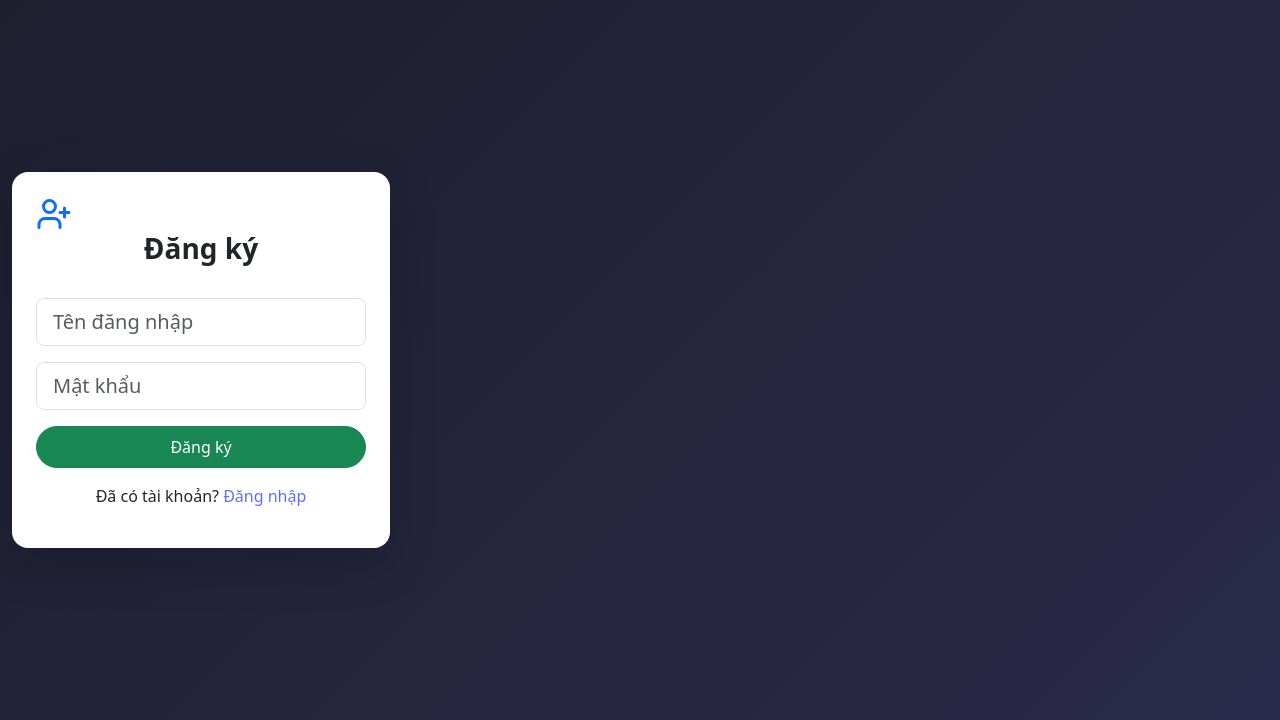
Repository: Thangvh29/WEB-tmdt
Page: /register (app in frontend/)
An editor plug-in stored every save of this project. The page is shown before and after the next save, followed by the edit.
The browser window is 1280 px wide. The pictures show the whole page.
Some web libraries are served in a nearby version. The project was rebuilt for these pictures with package versions that can differ from the ones it lists, and the page was loaded fresh each time. Also part of the build but not shown: frontend/vite.config.js, frontend/src/pages/auth/Home.jsx, frontend/src/pages/auth/Login.jsx.

Above is the page before, as saved 2025-08-23 20:05:33.

After the next save:
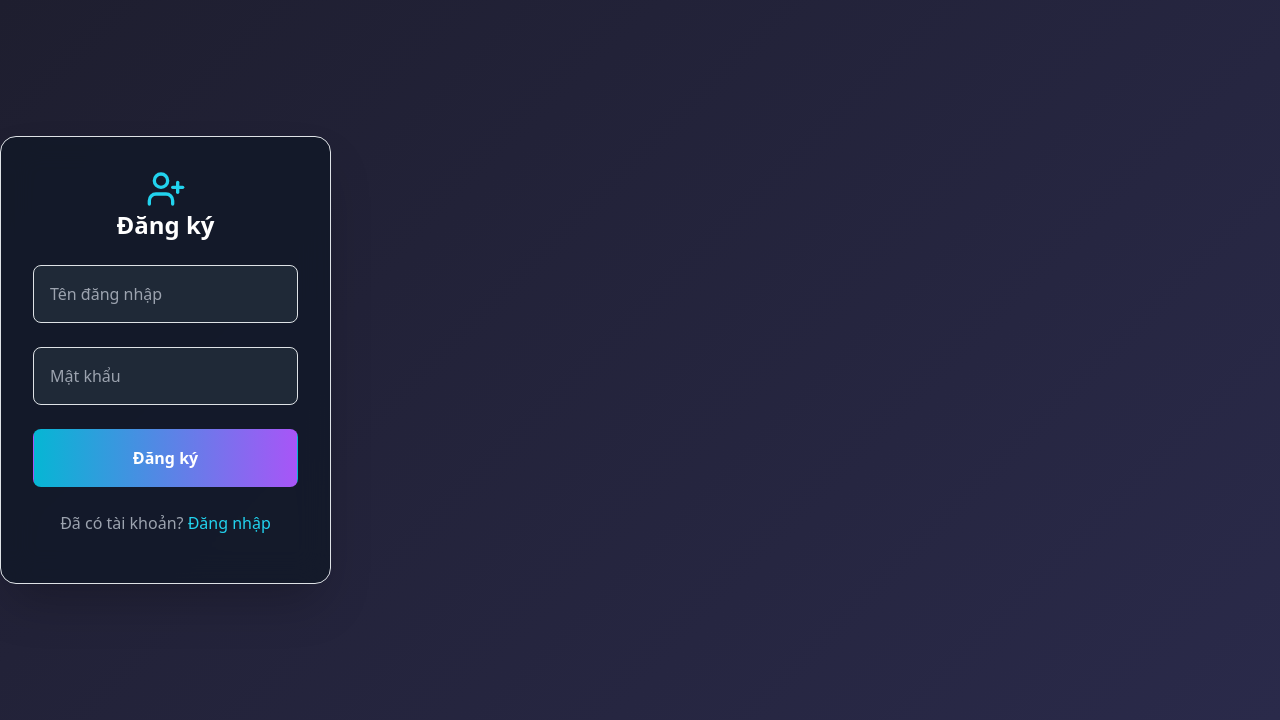
Saved 20 s later.
--- a/frontend/src/pages/auth/Register.jsx
+++ b/frontend/src/pages/auth/Register.jsx
@@ -2,6 +2,7 @@
 import { useNavigate, Link } from "react-router-dom";
 import { useAuth } from "../../context/useAuth";
 import { UserPlus } from "lucide-react";
+import { motion } from "framer-motion";
 
 const Register = () => {
   const { login } = useAuth();
@@ -15,41 +16,51 @@
   };
 
   return (
-    <div className="container py-5">
-      <div className="card shadow-lg p-4 mx-auto border-0 rounded-4" style={{ maxWidth: "420px" }}>
-        <div className="text-center mb-4">
-          <UserPlus size={36} className="text-primary" />
-          <h3 className="fw-bold">Đăng ký</h3>
+    <div className="min-h-screen flex items-center justify-center py-10">
+      <motion.div
+        initial={{ opacity: 0, y: 20 }}
+        animate={{ opacity: 1, y: 0 }}
+        transition={{ duration: 0.5 }}
+        className="bg-gray-900/80 backdrop-blur-lg p-8 rounded-2xl shadow-2xl max-w-md w-full border border-gray-700"
+      >
+        <div className="text-center mb-6">
+          <UserPlus size={40} className="text-cyan-400 mx-auto" />
+          <h3 className="text-2xl font-bold text-white">Đăng ký</h3>
         </div>
         <form onSubmit={handleSubmit}>
-          <div className="mb-3">
+          <div className="mb-4">
             <input
               type="text"
-              className="form-control form-control-lg rounded-3"
+              className="w-full p-3 bg-gray-800 text-white border border-gray-600 rounded-lg focus:outline-none focus:ring-2 focus:ring-cyan-400"
               placeholder="Tên đăng nhập"
               value={form.username}
               onChange={(e) => setForm({ ...form, username: e.target.value })}
               required
             />
           </div>
-          <div className="mb-3">
+          <div className="mb-6">
             <input
               type="password"
-              className="form-control form-control-lg rounded-3"
+              className="w-full p-3 bg-gray-800 text-white border border-gray-600 rounded-lg focus:outline-none focus:ring-2 focus:ring-cyan-400"
               placeholder="Mật khẩu"
               value={form.password}
               onChange={(e) => setForm({ ...form, password: e.target.value })}
               required
             />
           </div>
-          <button type="submit" className="btn btn-success w-100 rounded-pill py-2">
+          <motion.button
+            whileHover={{ scale: 1.05 }}
+            whileTap={{ scale: 0.95 }}
+            type="submit"
+            className="w-full bg-gradient-to-r from-cyan-500 to-purple-500 text-white py-3 rounded-lg font-semibold"
+          >
             Đăng ký
-          </button>
+          </motion.button>
         </form>
-        <p className="text-center mt-3">
-          Đã có tài khoản? <Link to="/login">Đăng nhập</Link>
+        <p className="text-center mt-4 text-gray-400">
+          Đã có tài khoản? <Link to="/login" className="text-cyan-400 hover:text-cyan-300">Đăng nhập</Link>
         </p>
-      </div>
+      </motion.div>
     </div>
   );
 };
